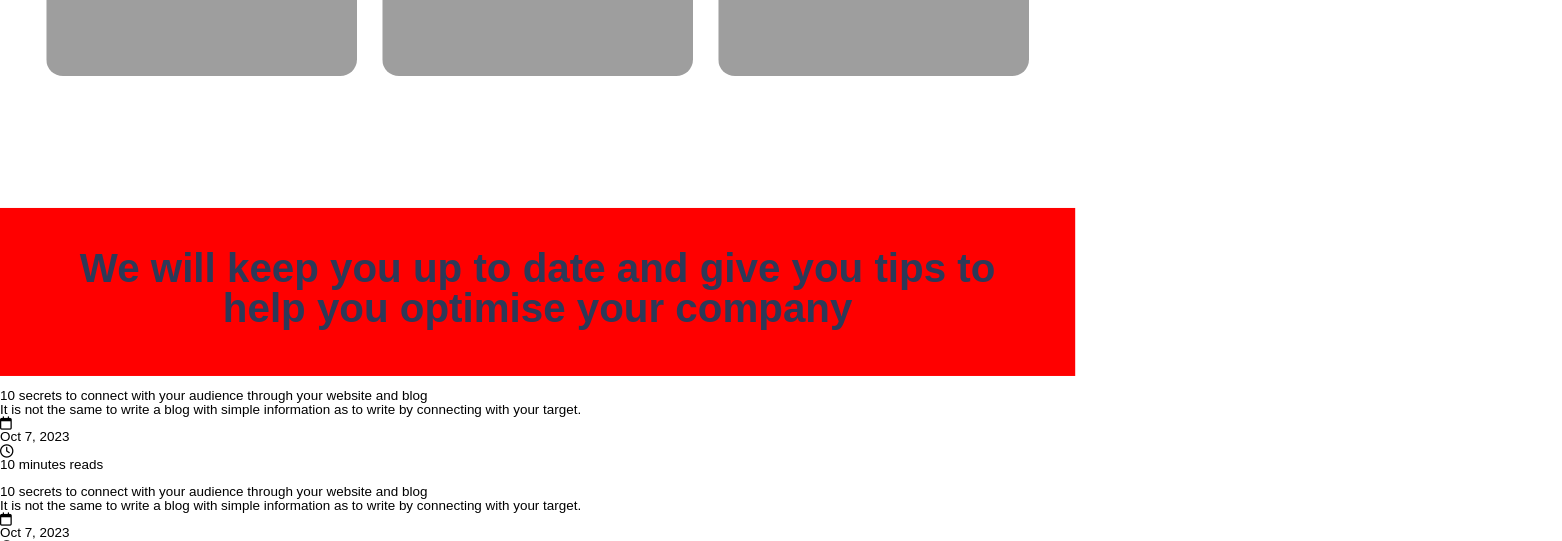
Repository: 0584386177/Clone
Page: src/page/pr.html
These files come from the project's save history. The page is drawn as it stood at one moment and after the next save; the edit follows.
The browser window is 1280 px wide. The page is 1860 px wide, so the pictures cover 1860 px, including what lies to the right of the window. The pictures show the part of the page from y = 3172 to 3816 px (the page is 4093 px tall), at 84% of full size.
Pictures or frames that could not be fetched are drawn as grey boxes. The style sheet was rebuilt from its Sass, Less or Tailwind sources for each picture, by a compiler version that may differ from the author's.

Above is the page before, as saved 2023-10-09 11:17:15.

After the next save:
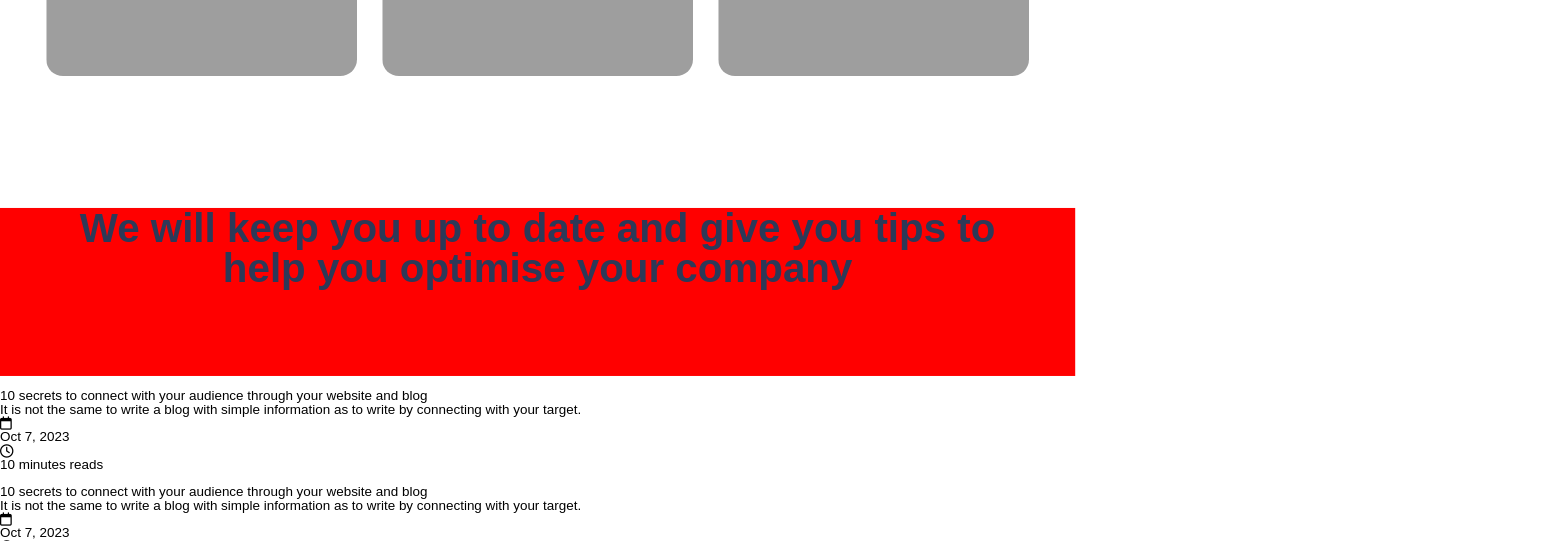
Saved 19 s later.
--- a/src/page/pr.html
+++ b/src/page/pr.html
@@ -253,8 +253,8 @@
       </div>
       <div class="post">
         <div class="post--header">
-          <br class="post--header_title">
-            We will keep you up to date and give you tips to </br> help you optimise
+          <h1 class="post--header_title">
+            We will keep you up to date and give you tips to </h1> help you optimise
             your company
           </h1>
         </div>
